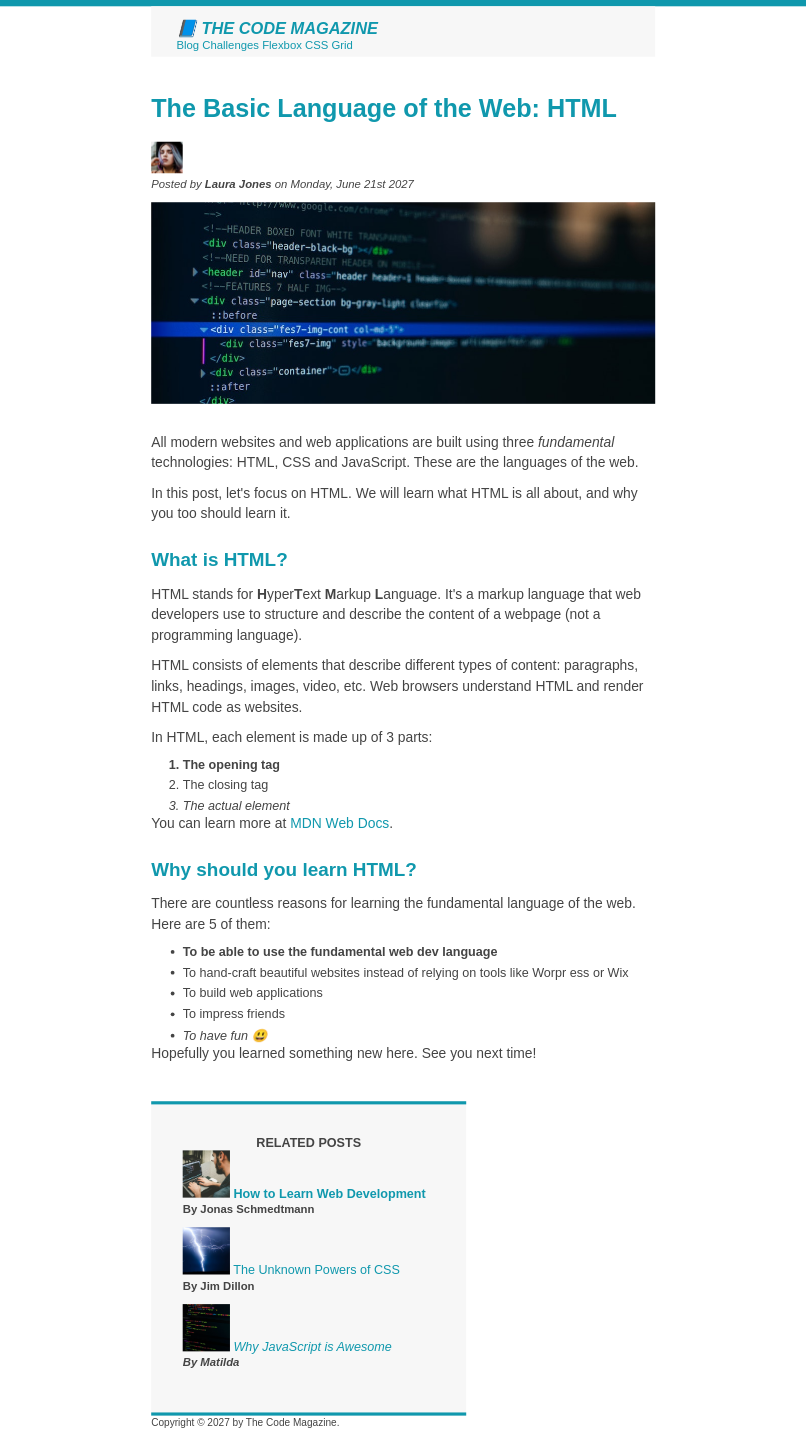
Repository: sunny070/CSS
Page: #1/index.html
These files come from the project's save history. The page is drawn as it stood at one moment and after a run of saves; the edit follows.
The browser window is 1280 px wide. The pictures show the whole page, at 63% of full size.

Above is the page before, as saved 2023-11-06 10:44:55.

After the next 4 saves:
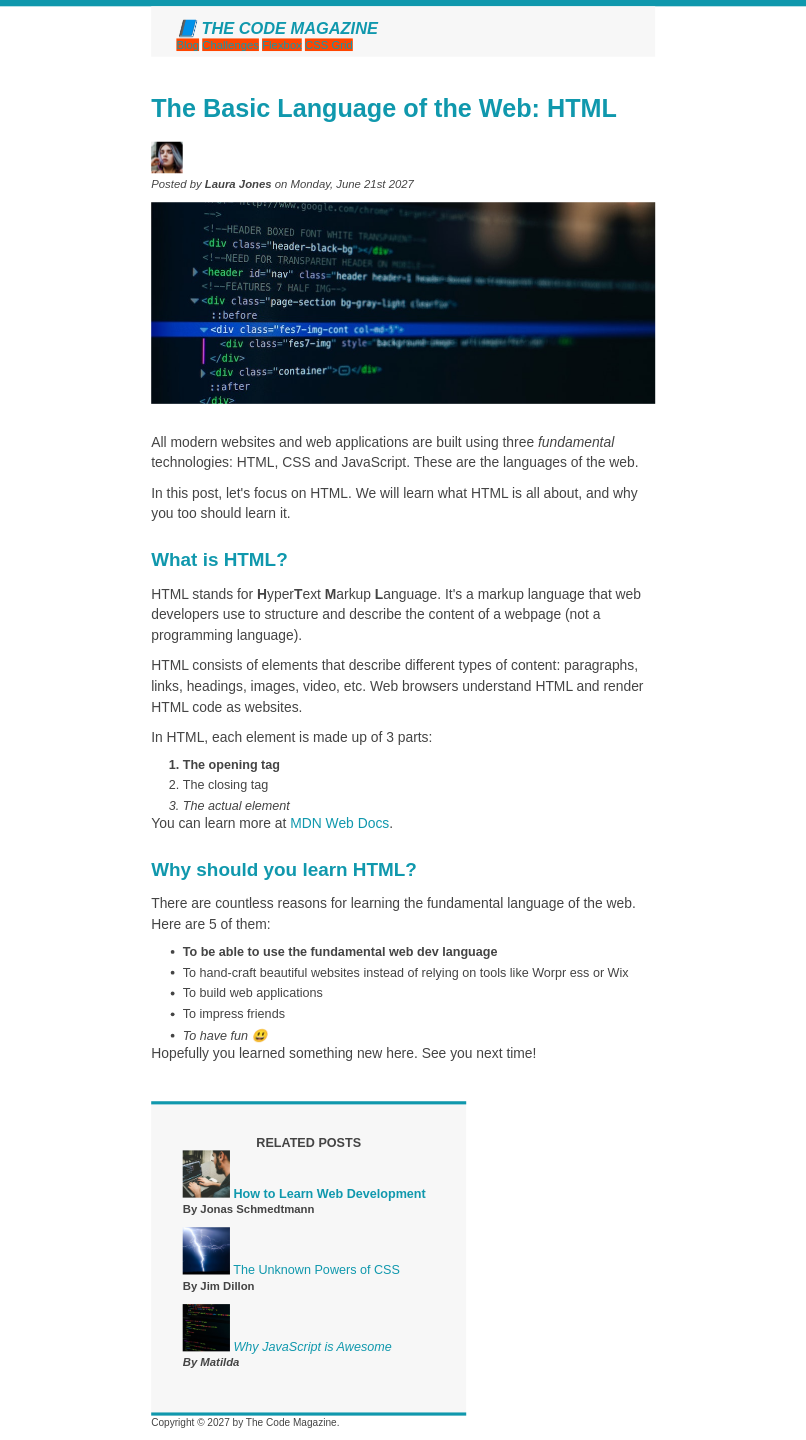
The 4 saves are shown as one change because they came seconds apart.
The last was saved 13 s later.
--- a/#1/style.css
+++ b/#1/style.css
@@ -174,7 +174,7 @@ a:active{
     height: auto;
 }
 nav a:link{
-    background-
+    background-color: orangered;
 }
 
 /* resolving conflicts */
